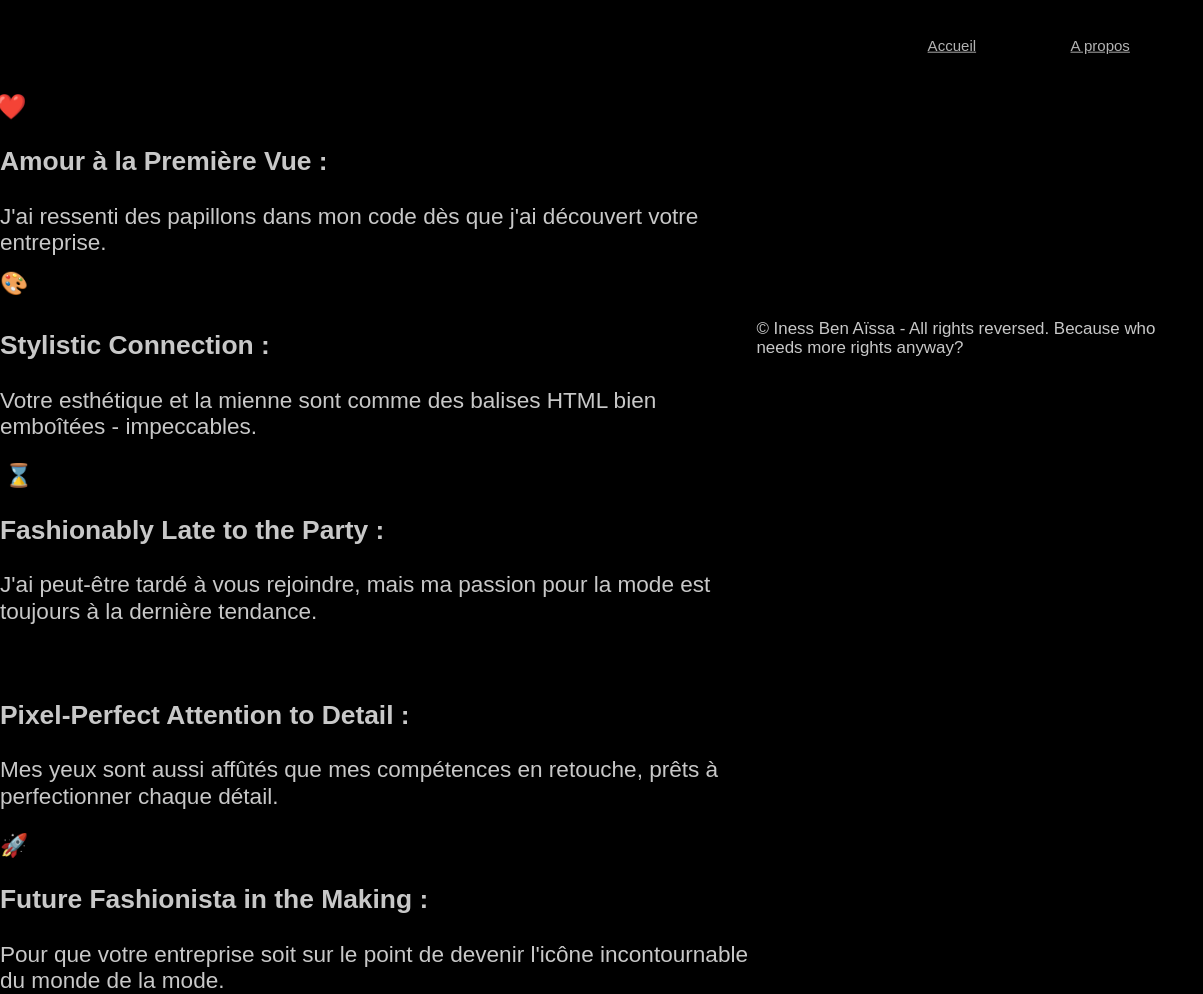
Repository: inessben/application
Page: company/company.html
These files come from the project's save history. The page is drawn as it stood at one moment and after the next save; the edit follows.
The browser window is 1280 px wide. The pictures show the whole page, at 94% of full size.

Above is the page before, as saved 2023-12-04 03:04:35.

### company/company.html
<!DOCTYPE html>
<html lang="en">
<head>
    <meta charset="UTF-8">
    <meta name="viewport" content="width=device-width, initial-scale=1.0">
    <!-- generate the icon -->
    <link rel="apple-touch-icon" sizes="180x180" href="/favicon/apple-touch-icon.png">
    <link rel="icon" type="image/png" sizes="32x32" href="/favicon/favicon-32x32.png">
    <link rel="icon" type="image/png" sizes="16x16" href="/favicon/favicon-16x16.png">
    <link rel="manifest" href="/favicon/site.webmanifest">
    <link rel="mask-icon" href="/favicon/safari-pinned-tab.svg" color="#5bbad5">
    <meta name="msapplication-TileColor" content="#da532c">
    <!--  -->
    <meta name="theme-color" content="#ffffff">
    <title>#slowlyApplication</title>
    <link rel="stylesheet" href="company.css">
    <style>
        body {
            font-family: 'Arial', sans-serif;
        }

        #sentences {
            opacity: 0;
            transition: opacity 0.5s ease-in-out;
        }

        .visible {
            opacity: 1;
        }
    </style>
</head>
<body>
    <section id="nav-header">
        <header class="links">
            <a href="/index.html" class="link">Accueil</a>
            <a href="/about/about.html" class="link">A propos</a>
        </header>
    </section>

    <section id="creative-section">
        <section class="sentences" id="heart-sentence">
            <div id="heart-animation">❤️</div>
            <h3>Amour à la Première Vue :</h3>
            <p>J'ai ressenti des papillons dans mon code dès que j'ai découvert votre entreprise.</p>
        </section>

        <section class="sentences" id="stylistic-connection-sentence">
            <div id="stylistic-connection-animation">🎨</div>
            <h3>Stylistic Connection :</h3>
            <p>Votre esthétique et la mienne sont comme des balises HTML bien emboîtées - impeccables.</p>
        </section>

        <section class="sentences" id="fashionably-late-sentence">
            <div id="fashionably-late-animation">⌛</div>
            <h3>Fashionably Late to the Party :</h3>
            <p>J'ai peut-être tardé à vous rejoindre, mais ma passion pour la mode est toujours à la dernière tendance.</p>
        </section>

        <section class="sentences" id="pixel-perfect-sentence">
            <div id="pixel-perfect-animation">🔍</div>
            <h3>Pixel-Perfect Attention to Detail :</h3>
            <p>Mes yeux sont aussi affûtés que mes compétences en retouche, prêts à perfectionner chaque détail.</p>
        </section>

        <section class="sentences" id="future-fashionista-sentence">
            <div id="future-fashionista-animation">🚀</div>
            <h3>Future Fashionista in the Making :</h3>
            <p>Pour que votre entreprise soit sur le point de devenir l'icône incontournable du monde de la mode.</p>
        </section>
    </section>

    <footer>
        <p>© Iness Ben Aïssa - All rights reversed. Because who needs more rights anyway?</p>
    </footer>

    <script>
        document.addEventListener("DOMContentLoaded", function() {
            var sentences = document.querySelectorAll('.sentences');
            var currentSentenceIndex = 0;

            function displayNextSentence() {
                if (currentSentenceIndex < sentences.length) {
                    sentences[currentSentenceIndex].classList.add('visible');
                    currentSentenceIndex++;
                }
            }

            document.body.addEventListener('keydown', function(event) {
                if (event.code === 'Space') {
                    displayNextSentence();
                }
            });

            // Trigger the first sentence on page load
            displayNextSentence();
        });
    </script>
</body>
</html>

### company/company.css
@font-face {
    font-family: "Jolley";
    src: url("/fonts/jolley.woff");
    }

@font-face {
    font-family: "Base Neue";
    src: url("/fonts/base-neue.ttf");
    }

::-webkit-scrollbar {
    width: 8px;
    }

::-webkit-scrollbar-track {
    background-color: #000;
    }

::-webkit-scrollbar-thumb {
    background-color: #4b4b4b;
    border-radius: 4px;
    }

::-webkit-scrollbar-thumb:hover {
    opacity: 0.7;
    }

html {
    scroll-behavior: smooth;
    }

body {
font-family: "Base Neue";
    margin: 0;
    padding: 0;
    display: flex;
    align-items: center;
    justify-content: center;
    height: 100vh;
    background-color: #000000;
    color: #c8c8c8;
    font-size: 24px;
    }

#nav-header {
        position: absolute;
        top: 30px;
        right: 20px;
        font-size: 16px;
        font-weight: 500;
        padding: 10px;
    }

.link {
    padding: 8px;
    text-decoration: #b3b3b3 underline;
    color: #b3b3b3;
    margin: auto 40px;
    }

.link:hover {
        opacity: 0.7;
    }

#creative-section{
    position: relative;
    height: 100vh;
    top: 100px;
}

#heart-animation {
    width: 100px;
    animation: heartbeat 1.5s infinite;
    }

#stylistic-connection-animation {
    animation: styleConnection 2s infinite alternate;
    }

#fashionably-late-animation {
    animation: fashionablyLate 1s infinite alternate;
    }

#pixel-perfect-animation {
    animation: pixelPerfect 1.5s infinite alternate;
    }

#future-fashionista-animation {
    animation: futureFashionista 2s infinite alternate;
    }

@keyframes heartbeat {
    0%, 100% {
    transform: scale(1);
    }
    50% {
    transform: scale(1.1);
    }
}

@keyframes styleConnection {
    0% {
    transform: translateY(0);
    }
    100% {
    transform: translateY(-10px);
    }
}

@keyframes fashionablyLate {
    0% {
    transform: translateX(0);
    }
    100% {
    transform: translateX(5px);
    }
}

@keyframes pixelPerfect {
    0% {
    transform: scaleX(1);
    }
    100% {
    transform: scaleX(1.1);
    }
}

@keyframes futureFashionista {
    0% {
    opacity: 0.8;
    }
    100% {
    opacity: 1;
    }
}

footer{
    /* position: relative; */
    top: 900px;
    align-items: center;
    justify-content: center;
    display: flex;
    font-size: 18px;
    /* align-items: center; */
    /* justify-content: center; */
    }

After the next save:
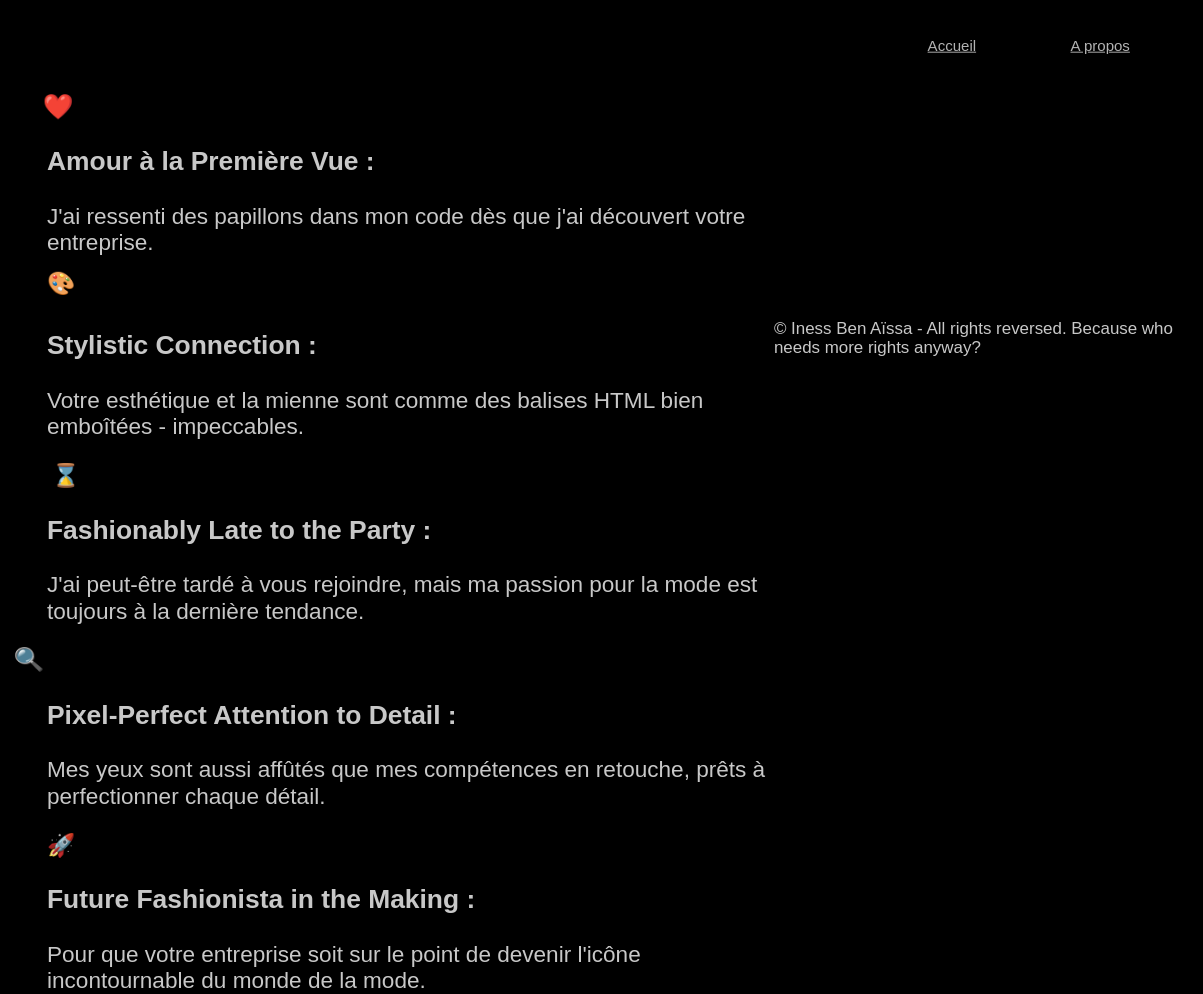
Saved 40 s later.
--- a/company/company.css
+++ b/company/company.css
@@ -32,6 +32,7 @@ html {
 body {
 font-family: "Base Neue";
     margin: 0;
+    margin-left: 50px;
     padding: 0;
     display: flex;
     align-items: center;
